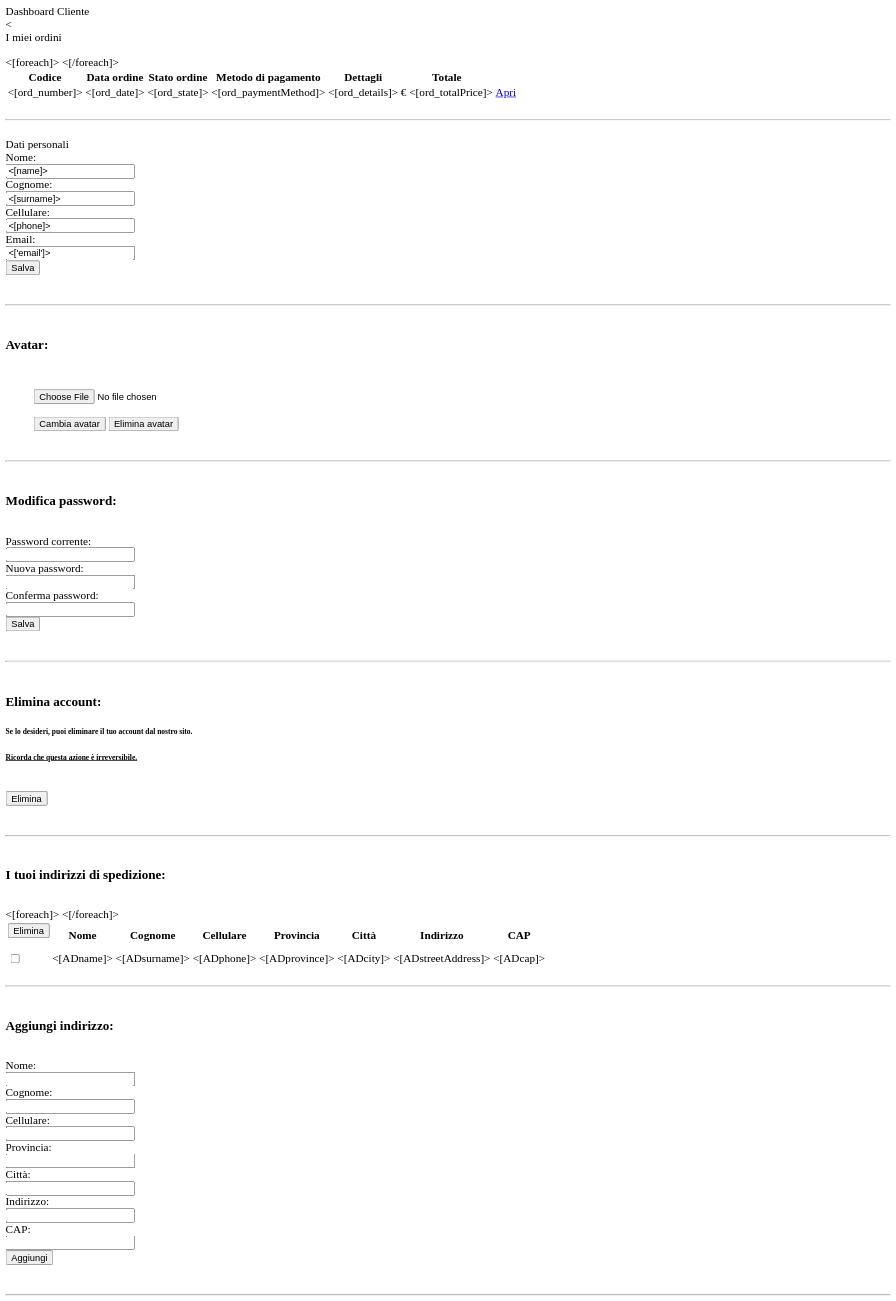
Repository: i4c0ni99/MotorShop
Page: skins/motor-html-package/motor/profile.html
An editor plug-in stored every save of this project. The page is shown before and after a run of saves, followed by the edit.
The browser window is 1280 px wide. The pictures show the whole page, at 70% of full size.

Above is the page before, as saved 2024-09-29 16:19:11.

### skins/motor-html-package/motor/profile.html
<div class="mv-site">
    <section class="main-banner mv-wrap">
        <section data-image-src="images/background/demo_bg_1920x1680.png" class="mv-banner-style-1 mv-bg-overlay-dark overlay-0-85 mv-parallax">
            <div class="page-name mv-caption-style-6">
                <div class="container">
                    <div class="mv-title-style-9"><span class="main">Dashboard Cliente</span></div>
                </div>
            </div>
        </section>
    </section>
    <!-- .main-banner -->

    <section class="mv-main-body checkout-main mv-bg-gray mv-wrap">
        <div class="container">

            <div class=.mv-btn-style-1.responsive-btn-1-type-5>
                <
            </div>

            <div class="checkout-block block-billing-address mv-mb-50">
                <div class="mv-form-style-2 mv-box-shadow-gray-1">
                    <div class="row">
                        <div class="col-sm-12 col-billing-address">
                            <div class="form-header">
                                <div class="mv-title-style-13">
                            <div class="text-main">I miei ordini</div>
                            </div>
                            </div>
<br>
<div class="table-responsive table-desi">
    <table class="all-package coupon-table table table-striped">
        <thead>
            <tr>
                <th>Codice</th>
                <th>Data ordine</th>
                <th>Stato ordine</th>
                <th>Metodo di pagamento</th>
                <th>Dettagli</th>
                <th>Totale</th>
                <th></th>
            </tr>
        </thead>
        <tbody>
            <[foreach]>
                <tr>
                    <td><[ord_number]></td>
                    <td><[ord_date]></td>
                    <td><[ord_state]></td>
                    <td><[ord_paymentMethod]></td>
                    <td><[ord_details]></td>
                    <td>€ <[ord_totalPrice]></td>
                    <td><a href="/MotorShop/my-orders.php?id=<[ord_id]>" class="btn btn-primary">Apri</a></td>
                </tr>
            <[/foreach]>
        </tbody>
    </table>
</div>
<br>
<hr>
<br>
                            <form class="needs-validation edit-details-form" novalidate method="post" action="/MotorShop/editCustomerProfile.php">
                                <div class="form-header">
                                    <div class="mv-title-style-13">
                                        <div class="text-main">Dati personali</div>
                                    </div>
                                </div>
                                <!-- .form-header -->
                                <div class="form">
                                    <div class="form-group mb-3 row">
                                        <label for="name" class="col-xl-3 col-sm-4 mb-0">Nome:</label>
                                        <div class="col-xl-8 col-sm-7">
                                            <input type="text" id="name" name="name" minlength="2" value="<[name]>" placeholder="<[name]>" required="true">
                                        </div>
                                    </div>
                                    <div class="form-group mb-3 row">
                                        <label for="surname" class="col-xl-3 col-sm-4 mb-0">Cognome:</label>
                                        <div class="col-xl-8 col-sm-7">
                                            <input type="text" id="surname" name="surname" minlength="2" value="<[surname]>" placeholder="<[surname]>" required="true">
                                        </div>
                                    </div>
                                    <div class="form-group mb-3 row">
                                        <label for="phone" class="col-xl-3 col-sm-4 mb-0">Cellulare:</label>
                                        <div class="col-xl-8 col-sm-7">
                                            <input type="text" id="phone" name="phone" pattern="[3]{1}[0-9]{9}" minlength="10" value="<[phone]>" placeholder="<[phone]>"" required="true">
                                        </div>
                                    </div>
                                    <div class="form-group mb-3 row">
                                        <label for="email" class="col-xl-3 col-sm-4 mb-0">Email:</label>
                                        <div class="col-xl-8 col-sm-7">
                                            <input type="text" id="email" name="email" minlength="6" value="<['email']>" placeholder="<[email]>" required readonly>
                                        </div>
                                    </div>
                                    <div class="offset-xl-3 offset-sm-4 mt-4">
                                        <input type="submit" value="Salva" name="edit-details-button" class="btn btn-primary">
                                    </div>
                                </div>
                                <!-- .form-body -->
                            </form>
                            <br>
                            <hr>
                            <br>
                            <h3><b>Avatar:</b></h3>
                            <br>
                            <form class="needs-validation add-avatar-form" novalidate method="post" action="/MotorShop/editCustomerProfile.php" enctype="multipart/form-data">
                                <div class="row product-adding">
                                    <div class="add-product">
                                        <div class="row">
                                            <div class="col-xl-3 xl-50 col-sm-6 col-3">
                                                <ul class="file-upload-product">
                                                    <div class="box-input-file">
                                                        <input class="upload" type="file" name="avatar">
                                                        <i class="fa fa-plus"></i>
                                                    </div>
                                                    <br>
                                                    <input type="submit" value="Cambia avatar" name="edit-avatar-button" class="btn btn-primary">
                                                    <input type="submit" value="Elimina avatar" name="delete-avatar-button" class="btn btn-primary">
                                                </ul>
                                            </div>
                                        </div>
                                    </div>
                                </div>
                            </form>
                            <br>
                            <hr>
                            <br>
                            <h3><b>Modifica password:</b></h3>
                            <br>
                            <form class="needs-validation add-product-form" novalidate method="post" action="/MotorShop/editCustomerProfile.php">
                                <div class="form">
                                    <div class="form-group mb-3 row">
                                        <label for="currentpassword" class="col-xl-3 col-sm-4 mb-0">Password corrente:</label>
                                        <div class="col-xl-8 col-sm-7">
                                            <input class="form-control" id="currentpassword" type="password" name="currentpassword" required>
                                        </div>
                                    </div>
                                    <div class="form-group mb-3 row">
                                        <label for="newpassword" class="col-xl-3 col-sm-4 mb-0">Nuova password:</label>
                                        <div class="col-xl-8 col-sm-7">
                                            <input type="password" id="newpassword" pattern="(?=.*\d)(?=.*[\W_]).{7,}" minlength="7" name="newpassword" required>
                                        </div>
                                    </div>
                                    <div class="form-group mb-3 row">
                                        <label for="confirmpassword" class="col-xl-3 col-sm-4 mb-0">Conferma password:</label>
                                        <div class="col-xl-8 col-sm-7">
                                            <input type="password" id="confirmpassword" pattern="(?=.*\d)(?=.*[\W_]).{7,}" minlength="7" name="confirmpassword" required>
                                        </div>
                                    </div>
                                    <div class="offset-xl-3 offset-sm-4 mt-4">
                                        <input type="submit" value="Salva" name="change-pass-button" class="btn btn-primary">
                                    </div>
                                </div>
                            </form>
                            <br>
                            <hr>
                            <br>
                            <h3><b>Elimina account:</b></h3>
                            <h6>Se lo desideri, puoi eliminare il tuo account dal nostro sito.</h6>
                            <h6><u><b>Ricorda che questa azione è irreversibile.</b></u></h6>
                            <br>
                            <form class="needs-validation add-product-form" novalidate method="post" action="/MotorShop/editCustomerProfile.php">
                                <input type="submit" value="Elimina" name="delete-account-button" class="btn btn-primary">
                            </form>
                            <br>
                            <hr>
                            <br>
                            <h3><b>I tuoi indirizzi di spedizione:</b></h3>
                            <br>
                            <div class="table-responsive table-desi">
                                <table class="all-package coupon-table table table-striped">
                                    <thead>
                                        <tr>
                                            <th>
                                                <form class="needs-validation delete-address-form" novalidate method="post" action="/MotorShop/editCustomerProfile.php">
                                                    <input type="submit" class="btn btn-primary add-row delete_all" name="delete-address-button" value="Elimina">
                                                </form>
                                            </th>
                                            <th>Nome</th>
                                            <th>Cognome</th>
                                            <th>Cellulare</th>
                                            <th>Provincia</th>
                                            <th>Città</th>
                                            <th>Indirizzo</th>
                                            <th>CAP</th>
                                        </tr>
                                    </thead>
                                    <tbody>
                                        <[foreach]>
                                            <tr data-row-id="<['id']>">
                                                <td>
                                                    <input class="checkbox_animated check-it" type="checkbox" name="check" value="<['id']>" id="flexCheckDefault" data-id="1">
                                                </td>
                                                <td><[ADname]></td>
                                                <td><[ADsurname]></td>
                                                <td><[ADphone]></td>
                                                <td><[ADprovince]></td>
                                                <td><[ADcity]></td>
                                                <td><[ADstreetAddress]></td>
                                                <td><[ADcap]></td>
                                            </tr>
                                        <[/foreach]>
                                    </tbody>
                                </table>
                            </div>
                            <br>
                            <hr>
                            <br>
                            <h3><b>Aggiungi indirizzo:</b></h3>
                            <br>
                            <form class="needs-validation add-product-form" novalidate method="post" action="/MotorShop/editCustomerProfile.php">
                                <div class="form">
                                    <div class="form-group mb-3 row">
                                        <label for="name" class="col-xl-3 col-sm-4 mb-0">Nome:</label>
                                        <div class="col-xl-8 col-sm-7">
                                            <input type="text" id="name" name="name" minlength="2" required="true">
                                        </div>
                                    </div>
                                    <div class="form-group mb-3 row">
                                        <label for="surname" class="col-xl-3 col-sm-4 mb-0">Cognome:</label>
                                        <div class="col-xl-8 col-sm-7">
                                            <input type="text" id="surname" name="surname" minlength="2" required="true">
                                        </div>
                                    </div>
                                    <div class="form-group mb-3 row">
                                        <label for="phone" class="col-xl-3 col-sm-4 mb-0">Cellulare:</label>
                                        <div class="col-xl-8 col-sm-7">
                                            <input type="text" id="phone" name="phone" pattern="[3]{1}[0-9]{9}" minlength="10" required="true">
                                        </div>
                                    </div>
                                    <div class="form-group mb-3 row">
                                        <label for="province" class="col-xl-3 col-sm-4 mb-0">Provincia:</label>
                                        <div class="col-xl-8 col-sm-7">
                                            <input type="text" id="province" name="province" minlength="2" required="true">
                                        </div>
                                    </div>
                                    <div class="form-group mb-3 row">
                                        <label for="city" class="col-xl-3 col-sm-4 mb-0">Città:</label>
                                        <div class="col-xl-8 col-sm-7">
                                            <input type="text" id="city" name="city" required="true" minlength="2">
                                        </div>
                                    </div>
                                    <div class="form-group mb-3 row">
                                        <label for="streetAddress" class="col-xl-3 col-sm-4 mb-0">Indirizzo:</label>
                                        <div class="col-xl-8 col-sm-7">
                                            <input type="text" id="streetAddress" name="streetAddress" minlength="3" required="true">
                                        </div>
                                    </div>
                                    <div class="form-group mb-3 row">
                                        <label for="cap" class="col-xl-3 col-sm-4 mb-0">CAP:</label>
                                        <div class="col-xl-8 col-sm-7">
                                            <input type="text" id="cap" name="cap" pattern="[0-9]{5}" required="true">
                                        </div>
                                    </div>
                                    <div class="offset-xl-3 offset-sm-4 mt-4">
                                        <input type="submit" value="Aggiungi" name="add-address-button" class="btn btn-primary">
                                    </div>
                                </div>
                                <!-- .form-body -->
                            </form>
                            <br>
                            <hr>
                        </div>
                    </div>
                </div>
            </div>
        </div>
    </section>
    <!-- .checkout-main -->
</div>
<!-- .mv-site -->

After the next 3 saves:
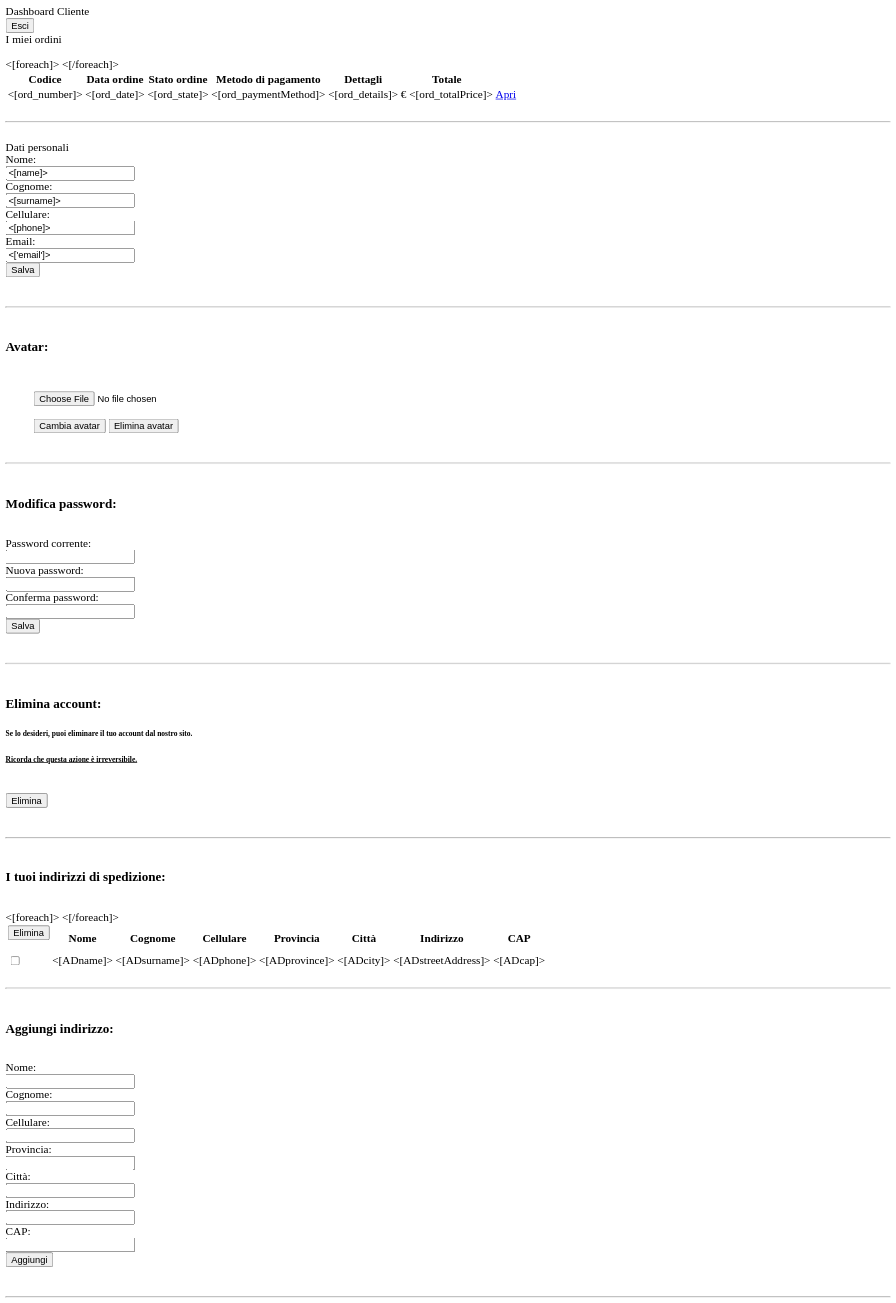
The 3 saves are shown as one change because they came seconds apart.
The last was saved 10 s later.
--- a/skins/motor-html-package/motor/profile.html
+++ b/skins/motor-html-package/motor/profile.html
@@ -14,7 +14,7 @@
         <div class="container">
 
             <div class=.mv-btn-style-1.responsive-btn-1-type-5>
-                <
+                <button> Esci </button>
             </div>
 
             <div class="checkout-block block-billing-address mv-mb-50">
